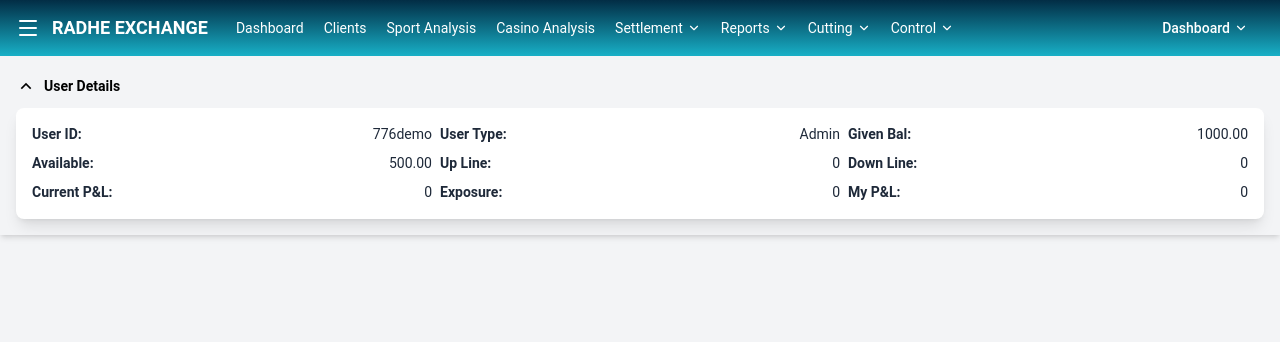
Repository: Habeebur1493/Radhe-Exchange
Page: /dashboard (app in frontend/), after clicking the first element matching `div.cursor-pointer`
The author's editor kept a copy of each file at every save. The page is drawn from the files as they stood at one save, then again after the next save.
The browser window is 1280 px wide. The pictures show the whole page.
Some web libraries are served in a nearby version. The project was rebuilt for these pictures with package versions that can differ from the ones it lists, and the page was loaded fresh each time. Also part of the build but not shown: frontend/vite.config.js, frontend/src/components/login.jsx, frontend/src/components/Register.jsx.

Above is the page before, as saved 2025-03-03 18:30:33.

### frontend/index.html
<!doctype html>
<html lang="en">
  <head>
    <meta charset="UTF-8" />
    <link rel="icon" type="image/svg+xml" href="/vite.svg" />
    <meta name="viewport" content="width=device-width, initial-scale=1.0" />
    <link
    href="https://cdn.jsdelivr.net/npm/remixicon@4.5.0/fonts/remixicon.css"
    rel="stylesheet"
/>
    <title>Radheexch | Admin</title>

  </head>
  <body>
    <div id="root"></div>
    <script type="module" src="/src/main.jsx"></script>
  </body>
</html>

### frontend/src/App.jsx
import React from "react";
import "./App.css";
import { Navigate, Routes, Route } from "react-router-dom";
import Login from "./components/login";
import Register from "./components/Register";
import Dashboard from "./components/dashboard";

const App = () => {
  return (
    <div>
      <Routes>
        <Route path="/" element={<Navigate to="/login" />} />
        <Route path="/login" element={<Login />} />
        <Route path="/register" element={<Register />} />
        <Route path="/dashboard" element={<Dashboard />} />
      </Routes>
    </div>
  );
};

export default App;

### frontend/src/App.css
@import "tailwindcss";

@import url('https://fonts.googleapis.com/css2?family=Roboto:ital,wght@0,100..900;1,100..900&display=swap');

:root {
    --primary-background: linear-gradient(#022d45, #18b0c7);
    --secondary-background: linear-gradient(#5dcbde, #075366);
    --tertiary-background: linear-gradient(#007182, #4ab4c7);
}

.main{
    background: var(--primary-background);
    font-family: "Roboto", sans-serif;
}

.btn{
    background: var(--secondary-background);
    font-family: "Roboto", sans-serif;
}

nav{
    background: var(--primary-background);
    font-family: "Roboto", sans-serif;
    font-size: 14px;
}
.dashboard{
    font-family: "Roboto", sans-serif;
    font-size: 14px;
}

.sidebar{
    background: var(--tertiary-background);
    font-family: "Roboto", sans-serif;
    font-size: 14px;
}

### frontend/src/components/dashboard.jsx
import React, { useState } from "react";
import { Menu, ChevronDown } from "lucide-react";

const Dashboard = () => {
  const [sidebarOpen, setSidebarOpen] = useState(false);
  const [isDropdownOpen, setIsDropdownOpen] = useState(false);
  const [isOpen, setIsOpen] = useState(false);


  return (
    <div className="dashboard min-h-screen bg-gray-100 overflow-x-hidden">
      {/* Navbar */}
      <nav className="bg-[--primary-background] text-white flex items-center h-14 px-4 shadow-md">
        {/* Left Section: Logo & Menu Button */}
        <div className="flex items-center space-x-3">
          <button
            onClick={() => setSidebarOpen(!sidebarOpen)}
            className="text-white"
          >
            <Menu size={24} />
          </button>
          <h1 className="text-lg font-bold">RADHE EXCHANGE</h1>
        </div>

        {/* Navbar Links (Now Closer to H1) */}
        <div className="ml-6 flex items-center">
          <ul className="hidden md:flex space-x-3">
            {["Dashboard", "Clients", "Sport Analysis", "Casino Analysis"].map(
              (item) => (
                <li key={item}>
                  <a
                    href="#"
                    className="h-14 flex items-center px-1 hover:bg-[#18b0c7] transition-all duration-200 ease-in-out"
                  >
                    {item}
                  </a>
                </li>
              )
            )}

            {/* Dropdown Menus */}
            {["Settlement"].map((item) => (
              <li key={item} className="relative group">
                <button className="h-14 flex items-center px-1 hover:bg-[#18b0c7] transition-all duration-200 ease-in-out">
                  {item}
                  <ChevronDown size={14} className="ml-1" />
                </button>

                {/* Dropdown - Show on Hover */}
                <div className="absolute left-0 mt-0 w-40 bg-[#16a2ba] text-white opacity-0 group-hover:opacity-100 group-hover:block transition-all duration-200 ease-in-out">
                  <a
                    href="#"
                    className="block px-4 py-2 hover:bg-[#107a8d] border-b-1 border-gray-500"
                  >
                    User
                  </a>
                  <a href="#" className="block px-4 py-2 hover:bg-[#107a8d]">
                    Master
                  </a>
                </div>
              </li>
            ))}
            {/* Dropdown Menus */}
            {["Reports"].map((item) => (
              <li key={item} className="relative group">
                <button className="h-14 flex items-center px-1 hover:bg-[#18b0c7] transition-all duration-200 ease-in-out">
                  {item}
                  <ChevronDown size={14} className="ml-1" />
                </button>

                {/* Dropdown - Show on Hover */}
                <div className="absolute left-0 mt-0 w-40  bg-[#16a2ba] text-white opacity-0 group-hover:opacity-100 group-hover:block transition-all duration-200 ease-in-out">
                  <a
                    href="#"
                    className="block px-4 py-2 hover:bg-[#107a8d] border-b-1 border-gray-500"
                  >
                    User Detail
                  </a>
                  <a
                    href="#"
                    className="block px-4 py-2 hover:bg-[#107a8d] border-b-1 border-gray-500"
                  >
                    Account Satatement
                  </a>
                  <a
                    href="#"
                    className="block px-4 py-2 hover:bg-[#107a8d]  border-b-1 border-gray-500"
                  >
                    Settlement/Balance Report
                  </a>
                  <a
                    href="#"
                    className="block px-4 py-2 hover:bg-[#107a8d]  border-b-1 border-gray-500"
                  >
                    Transaction Report
                  </a>
                  <a
                    href="#"
                    className="block px-4 py-2 hover:bg-[#107a8d]  border-b-1 border-gray-500"
                  >
                    Current Bets
                  </a>
                  <a
                    href="#"
                    className="block px-4 py-2 hover:bg-[#107a8d]  border-b-1 border-gray-500"
                  >
                    Profit & Loss Report
                  </a>
                  <a
                    href="#"
                    className="block px-4 py-2 hover:bg-[#107a8d]  border-b-1 border-gray-500"
                  >
                    Event Profit & Loss Report
                  </a>
                  <a
                    href="#"
                    className="block px-4 py-2 hover:bg-[#107a8d]  border-b-1 border-gray-500"
                  >
                    Bet History
                  </a>
                  <a
                    href="#"
                    className="block px-4 py-2 hover:bg-[#107a8d]  border-b-1 border-gray-500"
                  >
                    Live Bets
                  </a>
                  <a
                    href="#"
                    className="block px-4 py-2 hover:bg-[#107a8d] border-b-1 border-gray-500"
                  >
                    Sports Revenue
                  </a>
                  <a
                    href="#"
                    className="block px-4 py-2 hover:bg-opacity-50  border-b-1 border-gray-500"
                  >
                    IP lookup
                  </a>
                </div>
              </li>
            ))}
            {/* Dropdown Menus */}
            {["Cutting"].map((item) => (
              <li key={item} className="relative group">
                <button className="h-14 flex items-center px-1 hover:bg-[#18b0c7] transition-all duration-200 ease-in-out">
                  {item}
                  <ChevronDown size={14} className="ml-1" />
                </button>

                {/* Dropdown - Show on Hover */}
                <div className="absolute left-0 mt-0 w-40  bg-[#16a2ba] text-white opacity-0 group-hover:opacity-100 group-hover:block transition-all duration-200 ease-in-out">
                  <a
                    href="#"
                    className="block px-4 py-2 hover:bg-[#107a8d]  border-b-1 border-gray-500"
                  >
                    Agent Master
                  </a>
                  <a href="#" className="block px-4 py-2 hover:bg-[#107a8d]">
                    Cutting History
                  </a>
                </div>
              </li>
            ))}
            {/* Dropdown Menus */}
            {["Control"].map((item) => (
              <li key={item} className="relative group">
                <button className="h-14 flex items-center px-1 hover:bg-[#18b0c7] transition-all duration-200 ease-in-out">
                  {item}
                  <ChevronDown size={14} className="ml-1" />
                </button>

                {/* Dropdown - Show on Hover */}
                <div className="absolute left-0 mt-1 w-40  bg-[#16a2ba] text-white opacity-0 group-hover:opacity-100 group-hover:block transition-all duration-200 ease-in-out">
                  <a
                    href="#"
                    className="block px-4 py-2 hover:bg-[#107a8d]  border-b-1 border-gray-500"
                  >
                    Game
                  </a>
                  <a href="#" className="block px-4 py-2 hover:bg-[#107a8d]">
                    Casino
                  </a>
                </div>
              </li>
            ))}
          </ul>
        </div>

        {/* Move Dashboard Dropdown to the Right */}
        <div className="ml-auto">
          <ul className="hidden md:flex text-sm font-medium">
            <li className="relative">
              <button
                onClick={() => setIsDropdownOpen(!isDropdownOpen)}
                className="flex items-center space-x-1 focus:outline-none px-4 h-14"
              >
                <span>Dashboard</span>
                <ChevronDown size={14} />
              </button>

              {/* Dropdown Menu - Shows on Click */}
              {isDropdownOpen && (
                <div className="absolute h-20 right-5 w-40 bg-white text-gray-800 shadow-md rounded-md">
                  <a href="#" className="block px-4 py-2 hover:bg-gray-200">
                    Change Password
                  </a>
                  <a href="#" className="block px-4 py-2 hover:bg-gray-200">
                    Log Out
                  </a>
                </div>
              )}
            </li>
          </ul>
        </div>
      </nav>

      {/* Header */}
      <header className="bg-gray-100 p-4 shadow-md">
      {/* Dropdown Toggle */}
      <div
        className="cursor-pointer flex items-center space-x-2"
        onClick={() => setIsOpen(!isOpen)}
      >
        <i className={`ri-arrow-down-s-line text-xl transition-transform ${isOpen ? "rotate-180" : ""}`}></i>
        <span className="font-semibold">User Details</span>
      </div>

      {/* Dropdown Content */}
      {isOpen && (
        <div className="mt-2 bg-white p-4 shadow-lg rounded-lg transition-all duration-300">
          <div className="grid grid-cols-3 gap-2 text-gray-800">
            {[
              { label: "User ID", value: "776demo" },
              { label: "User Type", value: "Admin" },
              { label: "Given Bal", value: "1000.00" },
              { label: "Available", value: "500.00" },
              { label: "Up Line", value: "0" },
              { label: "Down Line", value: "0" },
              { label: "Current P&L", value: "0" },
              { label: "Exposure", value: "0" },
              { label: "My P&L", value: "0" },
            ].map((item, index) => (
              <div key={index} className="flex items-center justify-between">
                <label className="font-semibold">{item.label}:</label>
                <span className="ml-2">{item.value}</span>
              </div>
            ))}
          </div>
        </div>
      )}
    </header>

      {/* Sidebar */}
      {sidebarOpen && (
        <div className="sidebar bg-[--tertiary-background] shadow-lg w-60 h-full absolute top-[56px] left-0 p-2">
          <ul className="space-y-2 text-gray-800">
            {[
              "Dashboard",
              "Clients",
              "Sport Analysis",
              "Casino Analysis",
              "Settlement",
              "Reports",
              "Cutting",
              "Control",
            ].map((item) => (
              <li key={item}>
                <a
                  href="#"
                  className="block hover:bg-gray-200 p-2 rounded transition-all duration-200 ease-in-out"
                >
                  {item}
                </a>
              </li>
            ))}
          </ul>
        </div>
      )}
    </div>
  );
};

export default Dashboard;

Loaded but not shown: frontend/src/main.jsx (common file)

After the next save:
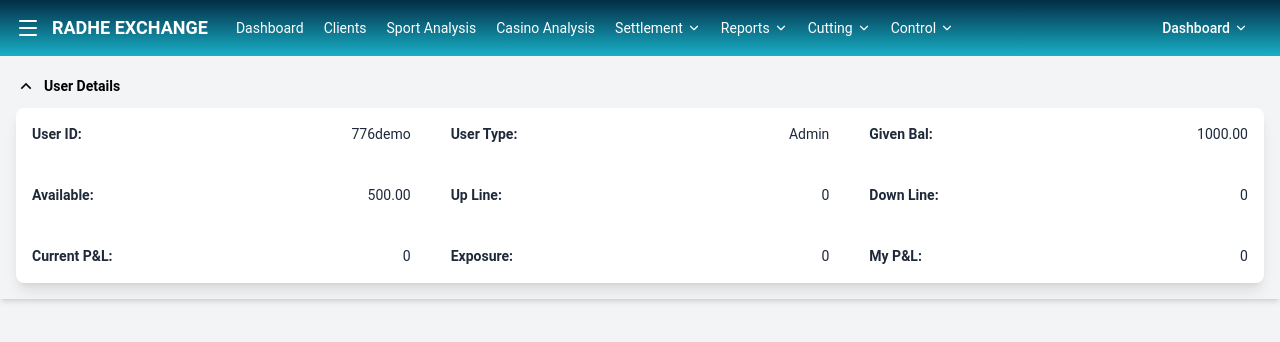
Saved 11 s later.
--- a/frontend/src/components/dashboard.jsx
+++ b/frontend/src/components/dashboard.jsx
@@ -228,7 +228,7 @@ const Dashboard = () => {
       {/* Dropdown Content */}
       {isOpen && (
         <div className="mt-2 bg-white p-4 shadow-lg rounded-lg transition-all duration-300">
-          <div className="grid grid-cols-3 gap-2 text-gray-800">
+          <div className="grid grid-cols-3 gap-10 text-gray-800">
             {[
               { label: "User ID", value: "776demo" },
               { label: "User Type", value: "Admin" },
